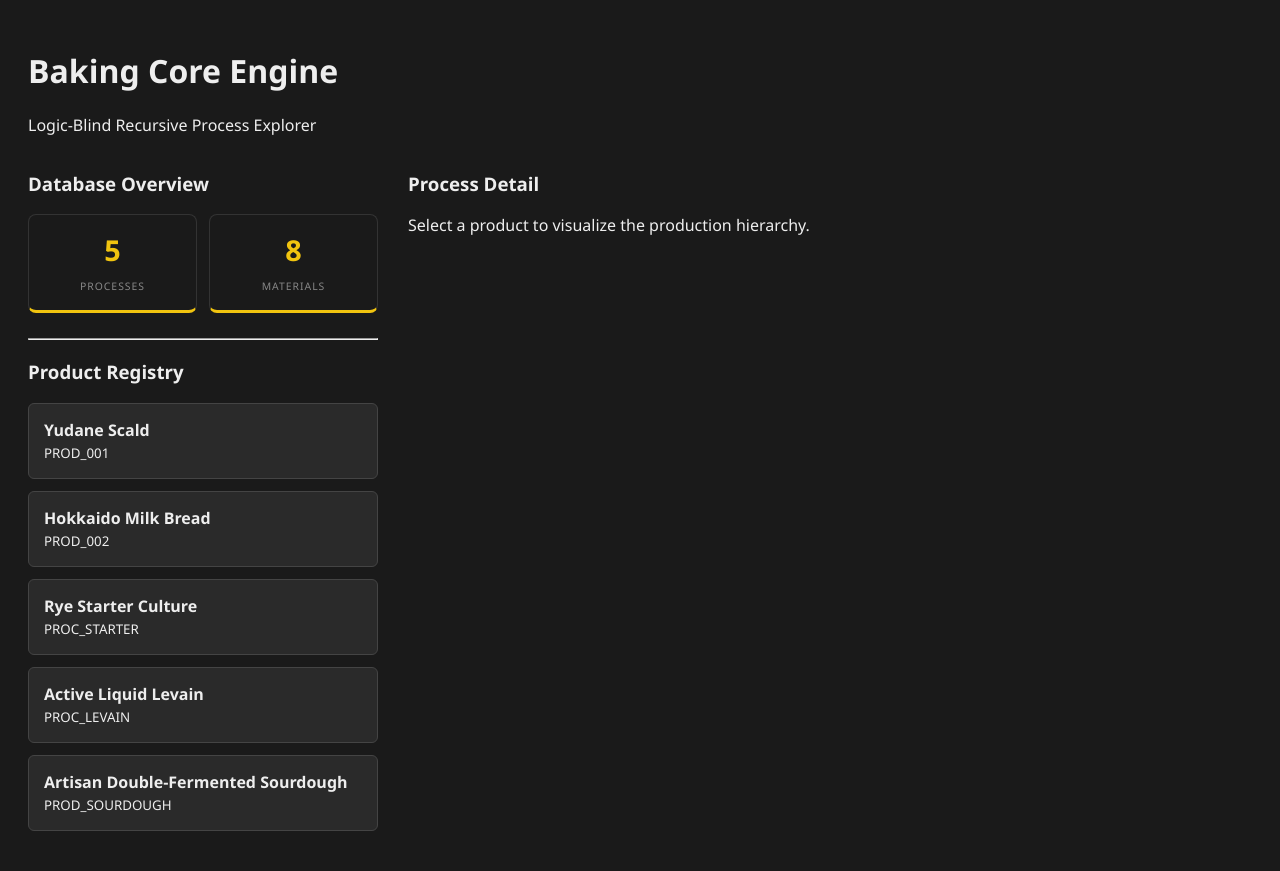
Repository: dkg11hu/baking-core
Page: index.html
An editor plug-in stored every save of this project. The page is shown before and after a run of saves, followed by the edit.
The browser window is 1280 px wide. The pictures show the whole page.

Above is the page before, as saved 2026-01-01 19:55:40.

### index.html
<!DOCTYPE html>
<html lang="en">
<head>
    <meta charset="UTF-8">
    <meta name="viewport" content="width=device-width, initial-scale=1.0">
    <title>Baking Core | Process Hierarchy</title>
    <link rel="stylesheet" href="style.css">
    <link rel="icon" type="image/svg+xml" href="data:[embedded picture, 224 characters]">
</head>
<body>
    <header>
        <h1>Baking Core Engine</h1>
        <p>Logic-Blind Recursive Process Explorer</p>
    </header>

    <div class="dashboard">
        <aside class="filter-panel">
            <h3>Database Overview</h3>
            <div id="stats-summary" class="stats-grid"></div>

            <hr class="divider">

            <h3>Product Registry</h3>
            <div id="product-list">Loading database...</div>
        </aside>

        <main class="process-view">
            <div id="output">
                <h3>Process Detail</h3>
                <p>Select a product to visualize the production hierarchy.</p>
            </div>
        </main>
    </div>

    <script type="module" src="app.js"></script>
</body>
</html>

### style.css
/* style.css */
body {
    font-family: 'Segoe UI', Tahoma, Geneva, Verdana, sans-serif;
    background: #1a1a1a;
    color: #eee;
    padding: 20px;
}

.dashboard {
    display: grid;
    grid-template-columns: 350px 1fr;
    gap: 30px;
}

/* Sidebar Product List */
.recipe-card {
    background: #2a2a2a;
    padding: 15px;
    margin-bottom: 12px;
    cursor: pointer;
    border-radius: 6px;
    border: 1px solid #444;
    transition: transform 0.1s, border-color 0.2s;
}

.recipe-card:hover {
    border-color: #f1c40f;
    transform: translateX(5px);
}

/* Hierarchy Tree Styling */
.hierarchy-container ul {
    list-style: none;
    padding-left: 24px;
    border-left: 2px solid #333;
    margin: 8px 0;
}

.tree-root {
    border-left: none !important;
    padding-left: 0 !important;
}

.node-item {
    display: flex;
    justify-content: space-between;
    align-items: center;
    padding: 8px 16px;
    margin: 6px 0;
    border-radius: 4px;
    background: #222;
    max-width: 500px;
    box-shadow: 0 2px 4px rgba(0,0,0,0.2);
}

.node-item.branch {
    border: 1px solid #f1c40f;
    background: #2c3e50;
    color: #f1c40f;
}

.node-item.leaf {
    color: #bdc3c7;
    border: 1px solid #333;
}

.mass {
    font-family: 'Courier New', Courier, monospace;
    font-weight: bold;
    background: rgba(0,0,0,0.3);
    padding: 2px 6px;
    border-radius: 3px;
}

/* style.css additions */
.cumulative-summary {
    margin-top: 40px;
    padding: 20px;
    background: #111;
    border-top: 2px solid #f1c40f;
    border-radius: 0 0 8px 8px;
}

.cumulative-summary table {
    width: 100%;
    border-collapse: collapse;
    margin-top: 10px;
}

.cumulative-summary th {
    text-align: left;
    color: #888;
    font-size: 0.8rem;
    text-transform: uppercase;
    padding: 8px;
    border-bottom: 1px solid #333;
}

.cumulative-summary td {
    padding: 10px 8px;
    border-bottom: 1px solid #222;
}

.cumulative-summary tr:last-child td {
    border-bottom: none;
}

/* Stats Layout */
.stats-grid {
    display: grid;
    grid-template-columns: 1fr 1fr;
    gap: 12px;
    margin-bottom: 25px;
}

.stat-card {
    background: #1a1a1a;
    padding: 15px 10px;
    border-radius: 8px;
    border: 1px solid #333;
    border-bottom: 3px solid #f1c40f;
    text-align: center;
}

.stat-card strong {
    display: block;
    font-size: 1.8rem;
    color: #f1c40f;
    margin-bottom: 4px;
}

.stat-card span {
    font-size: 0.65rem;
    text-transform: uppercase;
    letter-spacing: 1px;
    color: #888;
}

### app.js
// app.js
import { GraphResolver } from './src/Graph/Core/Resolver.mjs';
import { Calculator } from './src/Graph/Logic/Calculator.mjs';

let ssot, locale;

// NEW: Helper to render Database Statistics
function renderStats(ssot) {
    const db = ssot.registry || ssot.inventory;
    const items = Object.values(db);

    const stats = {
        processes: items.filter(i => i.type === 'BRANCH').length,
        materials: items.filter(i => i.type === 'LEAF').length
    };

    const statsContainer = document.getElementById('stats-summary');
    if (statsContainer) {
        statsContainer.innerHTML = `
            <div class="stat-card"><strong>${stats.processes}</strong> <span>Processes</span></div>
            <div class="stat-card"><strong>${stats.materials}</strong> <span>Materials</span></div>
        `;
    }
}

async function boot() {
    try {
        const [ssotRes, localeRes] = await Promise.all([
            fetch('./data/Store/Registry/definitions.json'),
            fetch('./data/Store/Locale/en.json')
        ]);

        if (!ssotRes.ok || !localeRes.ok) throw new Error("Database files not found.");

        ssot = await ssotRes.json();
        locale = await localeRes.json();

        // RUN STATS RENDERER
        renderStats(ssot);

        const db = ssot.registry || ssot.inventory;
        const products = Object.entries(db).filter(([_, item]) => item.type === 'BRANCH');

        const listContainer = document.getElementById('product-list');
        listContainer.innerHTML = products.map(([id]) => `
            <div class="recipe-card" onclick="runProcess('${id}')">
                <strong>${locale[id] || id}</strong><br>
                <small>${id}</small>
            </div>
        `).join('');

        console.log("Database initialized successfully.");
    } catch (err) {
        console.error("Boot failed:", err);
    }
}

// ... rest of your code (renderHierarchy and runProcess) stays exactly the same

/**
 * Recursive HTML Builder with Database-Driven Rounding
 * Parameters: node, ssot (for physics), locale (for names)
 */
function renderHierarchy(node, ssot, locale) {
    const name = locale[node.id] || node.id;
    const isBranch = node.type === 'BRANCH';

    // 1. FETCH ROUNDING RULES
    const registry = ssot.registry || ssot.inventory;
    const item = registry[node.id];
    const categoryId = item ? item.category_id : 'OTHER';
    const rules = ssot.physics_categories[categoryId] || { ROUNDING_THRESHOLD_PCT: 0.05 };

    // 2. APPLY UNIVERSAL ROUNDING
    const roundedMass = Calculator.applyRounding(node.mass, rules.ROUNDING_THRESHOLD_PCT);

    let html = `<li>
        <div class="node-item ${node.type.toLowerCase()}">
            <span class="name">${name}</span>
            <span class="mass">${roundedMass}g</span>
        </div>`;

    if (isBranch && node.children) {
        html += `<ul>`;
        for (const child of node.children) {
            // RECURSIVE CALL: Keep passing ssot and locale down the tree
            html += renderHierarchy(child, ssot, locale);
        }
        html += `</ul>`;
    }

    html += `</li>`;
    return html;
}

window.runProcess = async (id) => {
    const output = document.getElementById('output');
    output.innerHTML = "<em>Calculating and Scaling...</em>";

    try {
        const resolver = new GraphResolver(ssot);

        // 1. Execute queries
        const [hierarchy, rawFlatTotals] = await Promise.all([
            resolver.resolveHierarchy(id, 1000),
            resolver.resolve(id, 1000)
        ]);

        // 2. CALCULATOR: Sanitize and Reconcile cumulative totals
        const sanitizedTotals = Calculator.sanitizeMiseEnPlace(rawFlatTotals, ssot);
        const finalTotals = Calculator.reconcileTotal(sanitizedTotals, 1000);

        // 3. RENDER UI
        let html = `<h3>Production Process: ${locale[id] || id}</h3>`;

        // FIXED: Passing ALL THREE arguments: node, ssot, locale
        html += `<div class="hierarchy-container">
                    <ul class="tree-root">${renderHierarchy(hierarchy, ssot, locale)}</ul>
                 </div>`;

        html += `<div class="cumulative-summary">
                    <h3>Total Requisition (Mise en Place)</h3>
                    <table>
                        <thead><tr><th>Material</th><th>Total Mass</th></tr></thead>
                        <tbody>`;

        for (const [mid, mass] of Object.entries(finalTotals)) {
            html += `<tr>
                        <td>${locale[mid] || mid}</td>
                        <td class="mass">${mass}g</td>
                     </tr>`;
        }

        html += `</tbody></table></div>`;
        output.innerHTML = html;

    } catch (err) {
        console.error("Resolution Error:", err);
        output.innerHTML = `<div style="color:#ff6666">Error: ${err.message}</div>`;
    }
};

boot();

### src/Graph/Core/Resolver.mjs
import { Calculator } from '../Logic/Calculator.mjs';

export class GraphResolver {
    constructor(preLoadedSchema = null) {
        this.schema = preLoadedSchema;
        this.isBrowser = typeof window !== 'undefined';

        if (!this.isBrowser) {
            this.initNode();
        }
    }

    initNode() {
        this.root = process.env.BAKING_PATH || process.cwd();
    }

    /**
     * Flat Resolver: Used for Mise en Place (Flattens all leaves)
     */
    async resolve(nodeId, targetValue) {
        if (!this.schema) {
            this.schema = await this.loadJson('data/Store/Registry/definitions.json');
        }

        const db = this.schema.registry || this.schema.inventory;
        const item = db[nodeId];
        if (!item) throw new Error(`ID ${nodeId} NOT IN DATABASE REGISTRY`);

        const behavior = this.schema.logic_behaviors[item.type];

        if (!behavior.recursive) {
            return { [nodeId]: targetValue };
        }

        const entityPath = `data/Store/Entities/${nodeId.toLowerCase()}.json`;
        const entity = await this.loadJson(entityPath);

        const fKey = this.schema.field_mapping.RELATIONAL_DATA;
        const factor = Calculator.getScaleFactor(targetValue, entity[fKey]);

        let results = {};
        for (const part of entity[fKey]) {
            const subMass = part.pct * factor;
            const subRes = await this.resolve(part.id, subMass);

            for (const [id, mass] of Object.entries(subRes)) {
                results[id] = (results[id] || 0) + mass;
            }
        }
        return results;
    }

    /**
     * Hierarchical Resolver: Used for Process View (Preserves Tree)
     */
    async resolveHierarchy(nodeId, targetValue) {
        if (!this.schema) {
            this.schema = await this.loadJson('data/Store/Registry/definitions.json');
        }

        const db = this.schema.registry || this.schema.inventory;
        const item = db[nodeId];
        if (!item) throw new Error(`ID ${nodeId} NOT IN DATABASE REGISTRY`);

        const behavior = this.schema.logic_behaviors[item.type];

        if (!behavior.recursive) {
            return { id: nodeId, mass: targetValue, type: 'LEAF' };
        }

        const entityPath = `data/Store/Entities/${nodeId.toLowerCase()}.json`;
        const entity = await this.loadJson(entityPath);
        const fKey = this.schema.field_mapping.RELATIONAL_DATA;
        const factor = Calculator.getScaleFactor(targetValue, entity[fKey]);

        return {
            id: nodeId,
            mass: targetValue,
            type: 'BRANCH',
            children: await Promise.all(entity[fKey].map(async part => {
                return await this.resolveHierarchy(part.id, part.pct * factor);
            }))
        };
    }

    async loadJson(relativeUrl) {
        if (this.isBrowser) {
            const response = await fetch(`./${relativeUrl}`);
            return await response.json();
        } else {
            const fs = await import('fs');
            const path = await import('path');
            const absolutePath = path.join(this.root, relativeUrl);
            return JSON.parse(fs.readFileSync(absolutePath, 'utf-8'));
        }
    }
}

### src/Graph/Logic/Calculator.mjs
/**
 * PURE ENGLISH MATH LOGIC
 * Domain-agnostic mathematical operations for the Graph.
 */
export class Calculator {
    /**
     * Calculates the scale factor for a formula
     */
    static getScaleFactor(targetTotal, formula) {
        const sumParts = formula.reduce((sum, item) => sum + (item.pct || 0), 0);
        return sumParts > 0 ? targetTotal / sumParts : 0;
    }

    /**
     * Professional Rounding (5% Rule)
     */
    static applyRounding(value, threshold = 5) {
        if (value === 0) return 0;
        const rounded = Math.round(value);
        const deviation = Math.abs((rounded - value) / value) * 100;
        return (deviation > threshold) ? Number(value.toFixed(1)) : rounded;
    }
    static sanitizeMiseEnPlace(rawResults, ssot) {
        const sanitized = {};
        const registry = ssot.registry || ssot.inventory;
        const physics = ssot.physics_categories;

        for (const [id, mass] of Object.entries(rawResults)) {
            const entry = registry[id];
            const categoryId = entry ? entry.category_id : 'OTHER';

            // Dynamic lookup based on Database fieldnames
            const rules = physics[categoryId] || { ROUNDING_THRESHOLD_PCT: 0.05 };

            sanitized[id] = this.applyRounding(mass, rules.ROUNDING_THRESHOLD_PCT);
        }
        return sanitized;
    }
    /**
     * Processes raw weights into a rounded mise-en-place map
     */


    /**
     * Final Parity Check: Adjusts largest mass to match targetTotal exactly.
     */
    static reconcileTotal(sanitizedMaterials, targetTotal) {
        const entries = Object.entries(sanitizedMaterials);
        const currentSum = entries.reduce((sum, [_, mass]) => sum + mass, 0);
        const diff = targetTotal - currentSum;

        if (Math.abs(diff) < 0.01) return sanitizedMaterials;

        // Find the ID with the largest mass to absorb the correction
        const largestId = entries.reduce((a, b) => a[1] > b[1] ? a : b)[0];
        sanitizedMaterials[largestId] = Number((sanitizedMaterials[largestId] + diff).toFixed(1));

        return sanitizedMaterials;
    }

    /**
     * Relational Hydration Calculation
     */
    static calculateHydration(resolvedMaterials, schema) {
        let dryWeight = 0;
        let liquidWeight = 0;

        // Fieldnames from database: use inventory or registry
        const db = schema.inventory || schema.registry;

        for (const [id, mass] of Object.entries(resolvedMaterials)) {
            const item = db[id];
            if (!item) continue;

            const categoryId = item.category_id;
            const role = schema.physics_categories[categoryId]?.hydration_role;

            if (role === 'base') dryWeight += mass;
            if (role === 'fluid') liquidWeight += mass;
        }
        return dryWeight > 0 ? Math.round((liquidWeight / dryWeight) * 100) : 0;
    }
}

### data/Store/Registry/definitions.json
{
    "field_mapping": {
        "NODE_ID": "id",
        "RELATIONAL_DATA": "formula",
        "DEPENDENCY_LINK": "prerequisites",
        "CATEGORY": "category_id"
    },
    "logic_behaviors": {
        "LEAF": {
            "recursive": false
        },
        "BRANCH": {
            "recursive": true
        }
    },
    "physics_categories": {
        "DRY_MATTER": {
            "hydration_role": "base",
            "ROUNDING_THRESHOLD_PCT": 0.05,
            "PRECISION_DECIMALS": 1
        },
        "LIQUID": {
            "hydration_role": "fluid",
            "ROUNDING_THRESHOLD_PCT": 0.05,
            "PRECISION_DECIMALS": 1
        },
        "FAT": {
            "hydration_role": "ignore",
            "ROUNDING_THRESHOLD_PCT": 0.05,
            "PRECISION_DECIMALS": 1
        },
        "OTHER": {
            "hydration_role": "ignore",
            "ROUNDING_THRESHOLD_PCT": 0.05,
            "PRECISION_DECIMALS": 1
        }
    },
    "registry": {
        "MAT_001": {
            "category_id": "DRY_MATTER",
            "type": "LEAF"
        },
        "MAT_002": {
            "category_id": "LIQUID",
            "type": "LEAF"
        },
        "MAT_003": {
            "category_id": "LIQUID",
            "type": "LEAF"
        },
        "MAT_004": {
            "category_id": "OTHER",
            "type": "LEAF"
        },
        "MAT_005": {
            "category_id": "OTHER",
            "type": "LEAF"
        },
        "MAT_006": {
            "category_id": "FAT",
            "type": "LEAF"
        },
        "PROD_001": {
            "category_id": "DRY_MATTER",
            "type": "BRANCH"
        },
        "PROD_002": {
            "category_id": "DRY_MATTER",
            "type": "BRANCH"
        },
        "MAT_WHEAT": {
            "category_id": "DRY_MATTER",
            "type": "LEAF" },
        "MAT_WATER": {
            "category_id": "LIQUID",
            "type": "LEAF" },
        "PROC_STARTER": {
            "category_id": "DRY_MATTER",
            "type": "BRANCH" },
        "PROC_LEVAIN": {
            "category_id": "DRY_MATTER",
            "type": "BRANCH" },
        "PROD_SOURDOUGH": {
            "category_id": "DRY_MATTER",
            "type": "BRANCH" }
        },
    "orchestration": {
    "paths": { "entities": "Entities" },
    "output_mapping": {
      "name_column": "Ingredient",
      "value_column": "Amount",
      "id_column": "Code"
    }
  }
}

### data/Store/Locale/en.json
{
    "MAT_001": "Bread Flour BL-80",
    "MAT_002": "Water",
    "MAT_003": "Whole Milk",
    "MAT_004": "Fine Sea Salt",
    "MAT_005": "Instant Dry Yeast",
    "MAT_006": "Unsalted Butter",
    "PROD_001": "Yudane Scald",
    "PROD_002": "Hokkaido Milk Bread",
    "PROC_STARTER": "Rye Starter Culture",
    "PROC_LEVAIN": "Active Liquid Levain",
    "PROD_SOURDOUGH": "Artisan Double-Fermented Sourdough",
    "MAT_WHEAT": "Stone-ground Wheat Flour",
    "MAT_WATER": "Filtered Water"
}

After the next 2 saves:
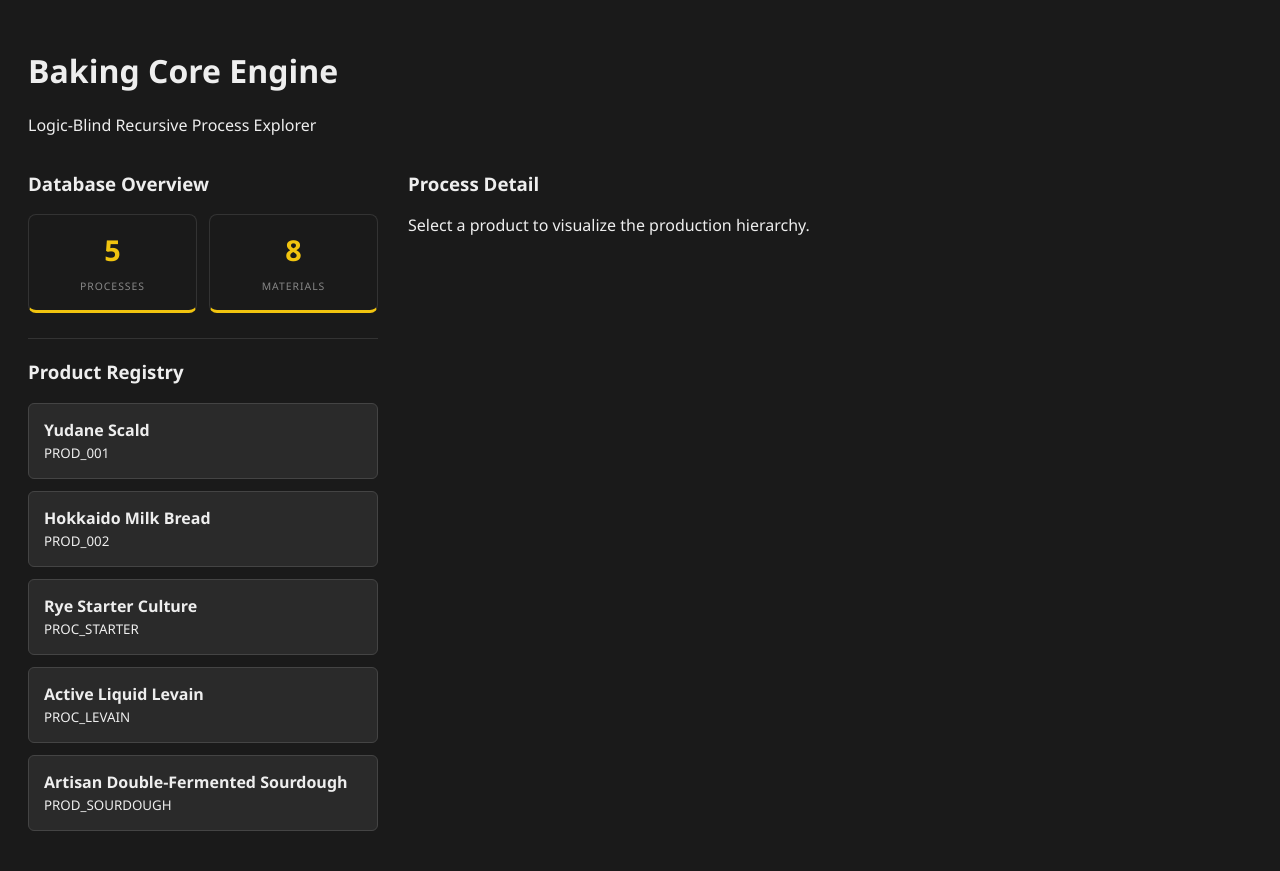
The 2 saves are shown as one change because they came seconds apart.
The last was saved 21 s later.
--- a/style.css
+++ b/style.css
@@ -135,3 +135,9 @@ body {
     letter-spacing: 1px;
     color: #888;
 }
+
+.divider {
+    border: 0;
+    border-top: 1px solid #333;
+    margin: 20px 0;
+}
